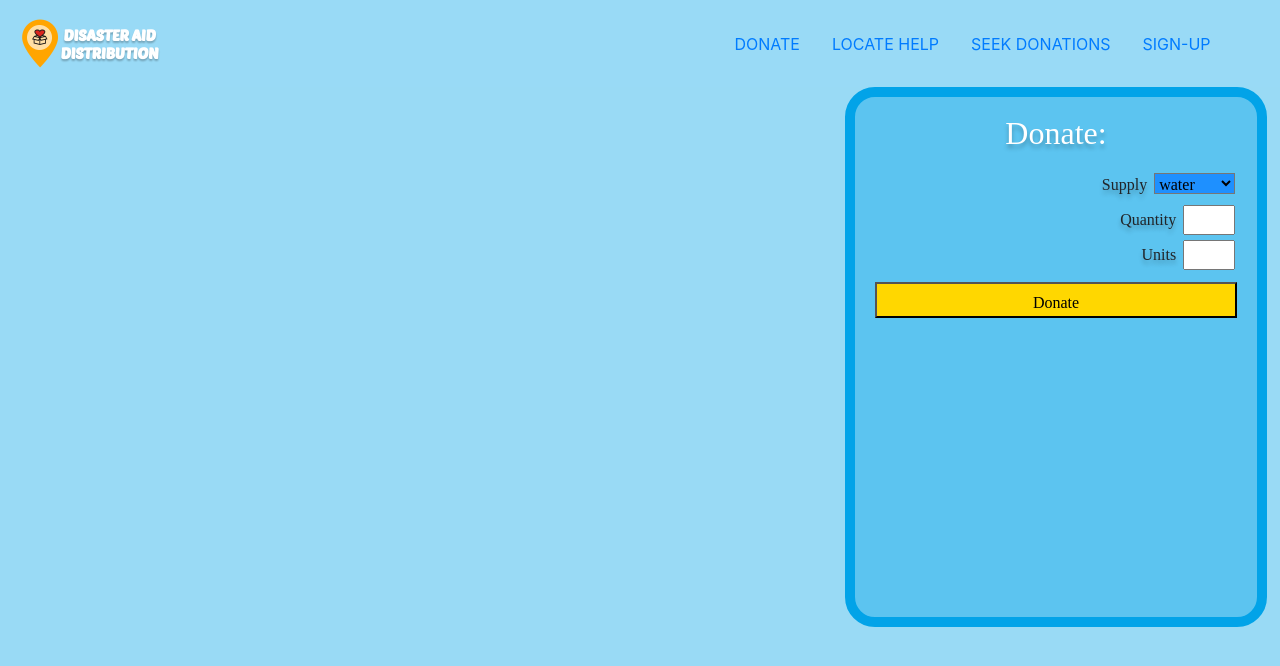
Repository: uprm-inso-4115-2019-2020-S2/semester-project-inso4115-DisasterAid-backend
Page: /donate-modal (app in disaster-aid/)
An editor plug-in stored every save of this project. The page is shown before and after the next save, followed by the edit.
The browser window is 1280 px wide. The pictures show the whole page.
The project was rebuilt for these pictures with package versions that can differ from the ones it lists, and the page was loaded fresh each time. Also part of the build but not shown: disaster-aid/angular.json, disaster-aid/src/app/login/login.component.ts, disaster-aid/src/app/register/register.component.ts, disaster-aid/src/app/home/home.component.ts, disaster-aid/src/app/landing-page/landing-page.component.ts, disaster-aid/src/app/donations/donations.component.ts, disaster-aid/src/app/donations.service.ts.

Above is the page before, as saved 2020-05-09 02:02:25.

After the next save:
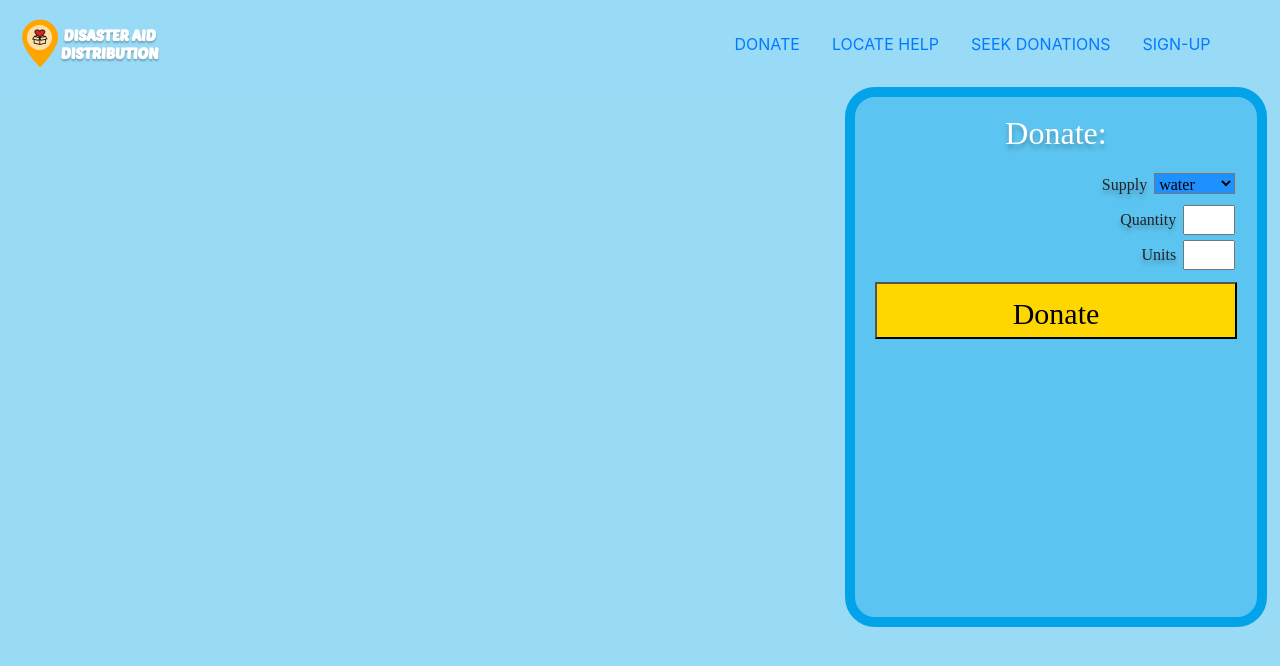
Saved 14 s later.
--- a/disaster-aid/src/app/donate-modal/donate-modal.component.css
+++ b/disaster-aid/src/app/donate-modal/donate-modal.component.css
@@ -19,7 +19,7 @@
     padding-top: 7px;
     background: gold;
     width: 90%;
-    font: size 50px;
+    font-size:30px
 }
 
 .select{
